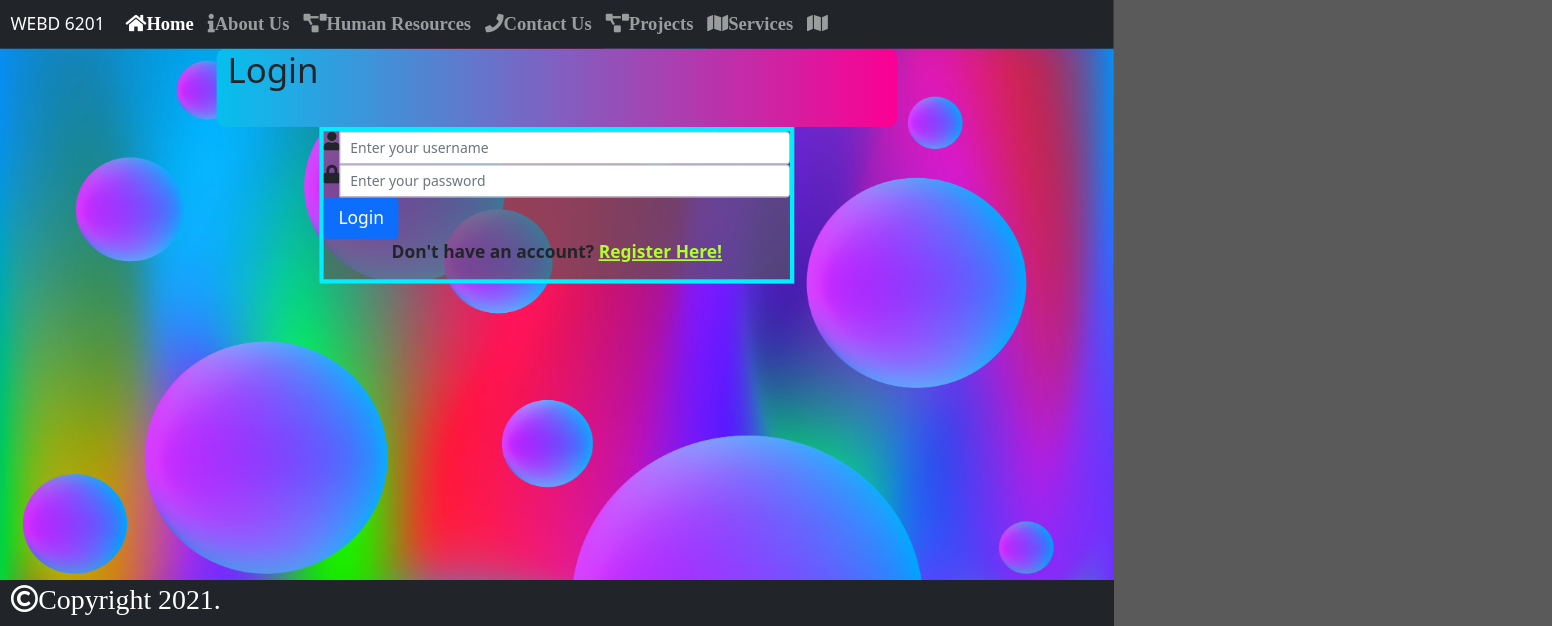
Repository: vans12345678/WEBD6201-W2021-Lab2
Page: login.html
An editor plug-in stored every save of this project. The page is shown before and after the next save, followed by the edit.
The browser window is 1280 px wide. The page is 1280 px wide, then 1784 px, then 1280 px, so the pictures cover 1784 px, including what lies to the right of the window. The pictures show the whole page, at 87% of full size.

Above is the page before, as saved 2021-02-24 17:40:37.

### login.html
<!DOCTYPE html>
<html lang="en">
<head>
    <meta charset="UTF-8">
    <meta name="viewport" content="width=device-width, initial-scale=1.0">
    <title>Login</title>
    <!-- CSS Section -->
    <link rel="stylesheet" href="./node_modules/bootstrap/dist/css/bootstrap.min.css">
    <link rel="stylesheet" href="./node_modules/@fortawesome/fontawesome-free/css/all.min.css">
    <link rel="stylesheet" href="./Content/app.css">
</head>
<body class ="Vapor">
    <!-- Main Header -->
    <header>
        <!-- Main Navigation -->
        <nav class="navbar navbar-expand-lg navbar-dark bg-dark">
            <div class="container-fluid">
                <a id ="navHome" class="navbar-brand" href="index.html"></a>
                <button class="navbar-toggler" type="button" data-bs-toggle="collapse" data-bs-target="#navbarSupportedContent" aria-controls="navbarSupportedContent" aria-expanded="false" aria-label="Toggle navigation">
                  <span class="navbar-toggler-icon"></span>
                </button>
                <div class="collapse navbar-collapse" id="navbarSupportedContent">
                  <ul id = "ulNav" class="navbar-nav me-auto mb-2 mb-lg-0">
                    <li class="nav-item">
                      <a  class="nav-link active" aria-current="page" href="index.html"><i id ="navIndex"class = "fas fa-home fa-lg"></i></a>
                    </li>
                    <li class="nav-item" id ="navAbout">
                      <a  class="nav-link " aria-current="page" href="about.html"><i id ="navAboutItem"class = "fas fa-info fa-lg"></i></a>
                    </li>
                    <li class="nav-item">
                      <a  class="nav-link " aria-current="page" href="contact.html"><i id ="navContact"class = "fas fa-phone fa-lg"></i></a>
                    </li>
                    <li class="nav-item">
                      <a  class="nav-link" aria-current="page" href="projects.html"><i id ="navProjects" class ="fas fa-project-diagram fa-lg">Products</i></a>
                    </li>
                    <li class="nav-item">
                      <a  class="nav-link " aria-current="page" href="services.html"><i id ="navServices"class = "fas fa-map fa-lg"></i></a>
                    </li>
                    <li class="nav-item">
                      <a  class="nav-link " aria-current="page" href="login.html"><i id ="navLogin"class = "fas fa-map fa-lg"></i></a>
                    </li>
                  </ul>
                </div>
              </div>
          </nav>
    </header>

    <!-- Main Content -->
    <main class="container" id="mainContent">
        <h1 class = "container">Login</h1>
      <div class="row">
          <div class="offset-md-3 col-md-6 col-sm-12">
                <div class="login" id="contentArea"></div>
                    <div id = "messageArea"></div>
                    <form class = "fromBackground" id="loginForm" novalidate>
                      <div class="form-group">
                        <div class="input-group">
                          <span class="input-group-addon">
                            <i class="fa fa-user fa-lg">
                            </i>
                          </span>
                          <input type="text" class="form-control" id="username" name="username"  required
                          value="" placeholder="Enter your username">
                        </div>

                      </div>
                      <div class="form-group">
                        <div class="input-group">
                          <span class="input-group-addon">
                            <i class="fa fa-lock fa-lg">
                            </i>
                          </span>
                          <input type="password" class="form-control" id="password" name="password"  required
                          value="" placeholder="Enter your password">
                        </div>
                      </div>
                      <div class="text-right">
                        <button id="submitButton" type="submit" class="btn btn-primary btn-lg">Login</button>
                      </div>
                      <p class="text-center fs-5 fw-bold">
                        Don't have an account?
                        <a href="register.html">Register Here!</a>
                    </p>
                    </form>
                </div>

          </div>
      </div>
  </main>

    <!-- Main Footer -->
    <footer>
        <nav class="navbar fixed-bottom navbar-dark bg-dark">
            <div class="container-fluid">
                <h4><i id = "footer" class="far fa-copyright fa-lg site-footer"></i></h4>
            </div>
          </nav>
    </footer>
    <!-- Script Section -->
    <script src="./node_modules/jquery/dist/jquery.min.js"></script>
    <script src="./node_modules/bootstrap/dist/js/bootstrap.bundle.min.js"></script>
    <script src="./Scripts/app.js"></script>
</body>
</html>

### Content/app.css
/* custom css goes here */
.Vapor {
    background-image: url('../images/vapor.jpg');
    background-repeat: no-repeat;
    background-attachment: fixed;
    background-size: 100% 100%;
  }
  a {
    color: greenyellow;
  }
  .textFont
  {
    font-family: Arial, Helvetica, sans-serif;
    line-height: 32px;
  }
  body
  {
    background-color: rgb(90, 90, 90);
  }
  h1.container{
    border-radius: 10px;
    width: 70%;
    height: 90px;
    margin: 0px auto;
    background: linear-gradient(90deg,#06bfee,#fb0093)
  }
  h1.projects{
    background-color: white;
  }
  .contact-table{
    width: 100%;
    margin:  50px auto;
    background-color: white;
  }
  .contact-form
  {
    width: 100%;
    margin:  100px auto;
  }
  .warnMessage
  {
    width: 90%;
    margin:  50px;
  }
  .site-footer {
    color:white;
  }
  .formMargin
  {
    margin: 35px 70px;
  }
  .fromBackground
  {
    background-color: #5a5a5aa1;
    border: 5px solid rgb(0, 238, 255);
  }

### Scripts/app.js
/************************************************************
 * Name: Andre Agrippa, Michai Pryce
 * Date: 01/20/2021
 * Description: This file adds functionality to the Home,
 * About Us, Human Resources, Contact Us, Projects and Services
 * pages.
 * Date Completed:
 */

"use strict";


(function(){

    /**
     * Display Nav bar function to display nav and footer
     */
    function DisplayNav()
    {
        let navTextElement = document.getElementById("navHome").textContent = "WEBD 6201";
        navTextElement = document.getElementById("navIndex").textContent = "Home";
        navTextElement = document.getElementById("navAboutItem").textContent = "About Us";

        let navAboutElement = document.getElementById("navAbout");
        let hrListItem = document.createElement("li");
        hrListItem.setAttribute("id", "liHumanResources");
        hrListItem.setAttribute("class", "nav-item");
        let navbar = document.getElementById("ulNav").appendChild(hrListItem);
        hrListItem.innerHTML = `<a class="nav-link" aria-current="page" href="human-resources.html">
        <i id ="navHumanResources" class ="fas fa-project-diagram fa-lg">Human Resources</i></a>`;
        if(document.title === "Human Resources"){
            hrListItem.innerHTML = `<a class="nav-link active" aria-current="page" href="human-resources.html">
            <i id ="navHumanResources" class ="fas fa-project-diagram fa-lg">Human Resources</i></a>`;
        }

        navAboutElement.after(hrListItem);

        navTextElement = document.getElementById("navContact").textContent = "Contact Us";
        navTextElement = document.getElementById("navProjects").textContent = "Projects";
        navTextElement = document.getElementById("navServices").textContent = "Services";
        navTextElement = document.getElementById("footer").textContent = "Copyright 2021.";
    }

    /**
     * Display home to display index page
     */
    function displayHome()
    {
        DisplayNav();
        let introText = "This is a simple site to demonstrate the about, contact, human resources, projects and services requirements for Lab 1 WEBD 6201 - Client Side Scripting";
        let titleText = "Welcome to WEBD 6201";

        let introTextElement = document.getElementById("indexTitle").textContent = titleText;
        introTextElement = document.getElementById("indexParagraph").textContent = introText;

    }
    /**
     * Display about to display about the creators
     */
    function displayAbout()
    {
        DisplayNav();

        //About Andre
        let aboutElement = document.getElementById("aboutTitle").textContent = "About Us";
        aboutElement = document.getElementById("aboutAText");
        aboutElement.innerHTML = `<h1>Andre Agrippa:</h1>
        <p class = "">I'm a 2nd year student at Durham College in the Computer Programming and Analysis program. I've been
        coding for several years now because I enjoy it and always looking to improve in this aspect.</p>
        <a class = "fa-lg" href="./resumes/andre_resume.pdf" download>Resume Download</a></br></br>
        <img src="./images/aa.jpg" alt="" style="width:500px;height:450px;">`;

        //About Michai
        aboutElement.innerHTML += `<h1>Michai Pryce:</h1>
        <p class = ""> Hello, I am in my final year in the Computer Programming Program at Durham College. I love
        to code and learn about the evergrowing advancements in technology. This is the demonstration for our first lab!
        </p>
        <a class = "fa-lg" href="./resumes/Copy_of_Resume.docx" download>Resume Download</a></br></br>
        <img src="./images/m.jpg" alt="" style="width:500px;height:450px;">`;

    }
    /**
     * Display top 3 projects page
     */
    function displayProjects()
    {
        DisplayNav();

        //Projects 1
        let projectsElement = document.getElementById("projectsTitle").textContent = "Projects";
        projectsElement = document.getElementById("projectsText").innerHTML =
        `<h3>Project One: COBOL Item List</h3>
        <p>This project reads records from a .dat file, performs calculations on the data then outputs it to a .out file neatly formatted.</p>
        <img src="./images/p1.png" alt="" style="width:800px;height:500px;">`;

        //Projects 2
        projectsElement = document.getElementById("projectsText").innerHTML +=
        `<h3>Project Two: C#, XAML, MDF  Preferred Shares and Common Shares</h3>
        <p>This project uses XAML for the windows form and a database to keep track of common and preferred shares.
        The database keeps track of how many shares(common/preferred) are  available and validation is applied.</p>
        <img src="./images/p2.png" alt="" style="width:800px;height:500px;">`;

        //Projects 3
        projectsElement = document.getElementById("projectsText").innerHTML +=
        `<h3>Project Three: ASP.NET and MVC Framework Animal Shelter</h3>
        <p>This project is a web application that keeps track of animals, owners, appointment and login info in a database.
        Relational database concepts are applied.</p>
        <img src="./images/p3.png" alt="" style="width:800px;height:500px;">`;

    }
    /**
     * Display top 3 services page
     */
    function displayServices()
    {
        DisplayNav();

        //Services 1
        let servicesElement = document.getElementById("servicesTitle").textContent = "Services";
        servicesElement = document.getElementById("servicesText").innerHTML =
        `<h3>Web Development:</h3>
        <p>We offer a variety of different web development (Front-end, Back-end, Databases). Languages (PHP, ASP.NET, JavaScript)</p>
        <img src="./images/s1.jpg" alt="" style="width:800px;height:500px;">`;

        //Services 2
        servicesElement = document.getElementById("servicesText").innerHTML +=
        `<h3>OOP Programming</h3>
        <p>We offer a variety of different Object Oriented Programming. We're experienced with C#, C++, Java etc.
        Whether it be windows forms applications, console applications GUI, etc.</p>
        <img src="./images/s2.png" alt="" style="width:800px;height:500px;">`;

        //Services 3
        servicesElement = document.getElementById("servicesText").innerHTML +=
        `<h3>Database Management System</h3>
        <p>It's been almost 3 years since we've had experience in database development. We've used software such as
        Microsoft SQL Server and PgAdmin4. Experienced with relational database concepts.</p>
        <img src="./images/s3.jpg" alt="" style="width:800px;height:500px;">`;


    }
    /**
     * Display contact form page
     */
    function displayContact()
    {
        DisplayNav();

        let messageArea = document.getElementById("messageArea");
        messageArea.hidden = true;

        //form validation
        let fullName = document.getElementById("fullName");
        fullName.addEventListener("blur", function()
        {
            if(fullName.value.length < 2)
            {
                fullName.focus();
                fullName.select();
                messageArea.hidden = false;
                messageArea.className = "alert alert-danger  ";
                messageArea.textContent = "Please enter an appropriate name > 2 characters";
            }
            else
            {
                messageArea.removeAttribute("class");
                messageArea.hidden = true;
            }
        });
            let sendButton = document.getElementById("sendButton");
            sendButton.addEventListener("click", function(event)
            {
                event.preventDefault();
                // //Displays twice?

                let contact = new Contact(fullName.value,contactNumber.value, emailAddress.value, shortMessage.value);

                console.log(contact.serialize());
                if(contact.serialize())
                {
                    localStorage.setItem((localStorage.length + 1).toString(),contact.serialize());

                    window.location.href = "index.html";
                }

            });

    }
    /**
     * Human resources page
     */
    function displayHumanResources()
    {
        DisplayNav();
    }
    function displayLogin()
    {
        DisplayNav();
    }

    /**
     * Start function, depending on document title will load specific page
     */
    function Start()
    {
        console.log("App Started...");

        //Based of title of html
        switch(document.title)
        {
            case "Index":
                displayHome();
                break;
            case "About Us":
                displayAbout();
                break;
            case "Projects":
                displayProjects();
                break;
            case "Services":
                displayServices();
                break;
            case "Contact Us":
                displayContact();
                break;
            case "Contact-List":
                displayContactList();
                break;
            case "Human Resources":
                displayHumanResources();
                break;
            case "Login":
                displayLogin();
                break;
        }


    }

    window.addEventListener("load", Start);

})();

Loaded but not shown: node_modules/bootstrap/dist/css/bootstrap.min.css (library); node_modules/@fortawesome/fontawesome-free/css/all.min.css (library); node_modules/jquery/dist/jquery.min.js (library); node_modules/bootstrap/dist/js/bootstrap.bundle.min.js (library)

After the next save:
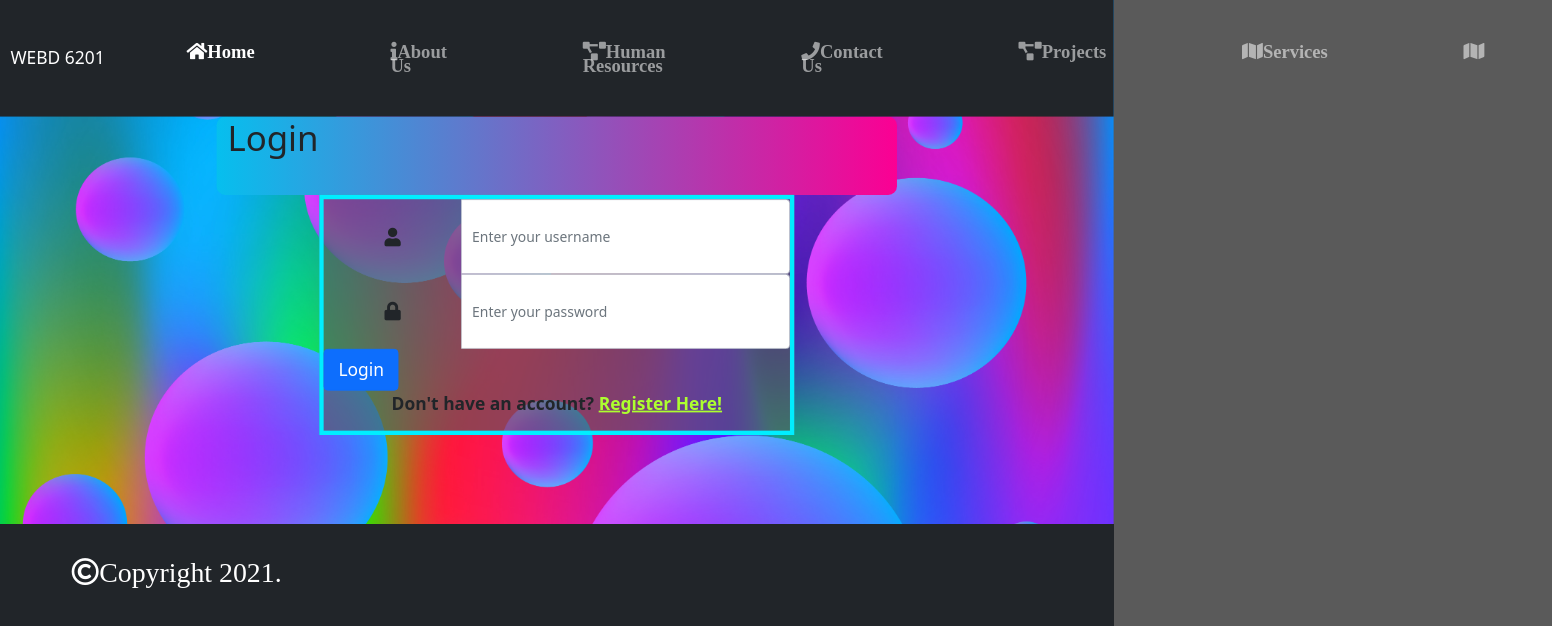
Saved 23 s later.
--- a/Content/app.css
+++ b/Content/app.css
@@ -54,3 +54,6 @@
     background-color: #5a5a5aa1;
     border: 5px solid rgb(0, 238, 255);
   }
+  i{
+    margin: 35px 70px;
+  }

After the save that followed:
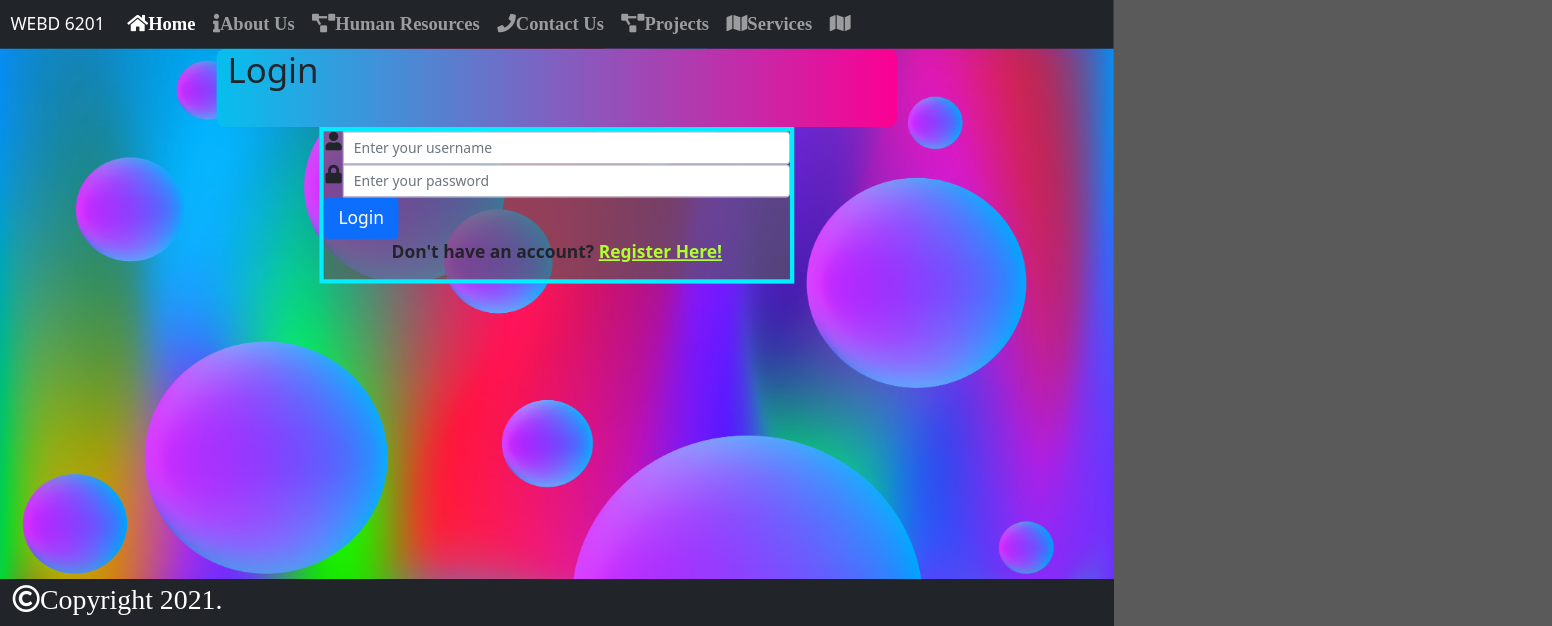
Saved 10 s later.
--- a/Content/app.css
+++ b/Content/app.css
@@ -55,5 +55,5 @@
     border: 5px solid rgb(0, 238, 255);
   }
   i{
-    margin: 35px 70px;
+    margin: 2px 2px;
   }
